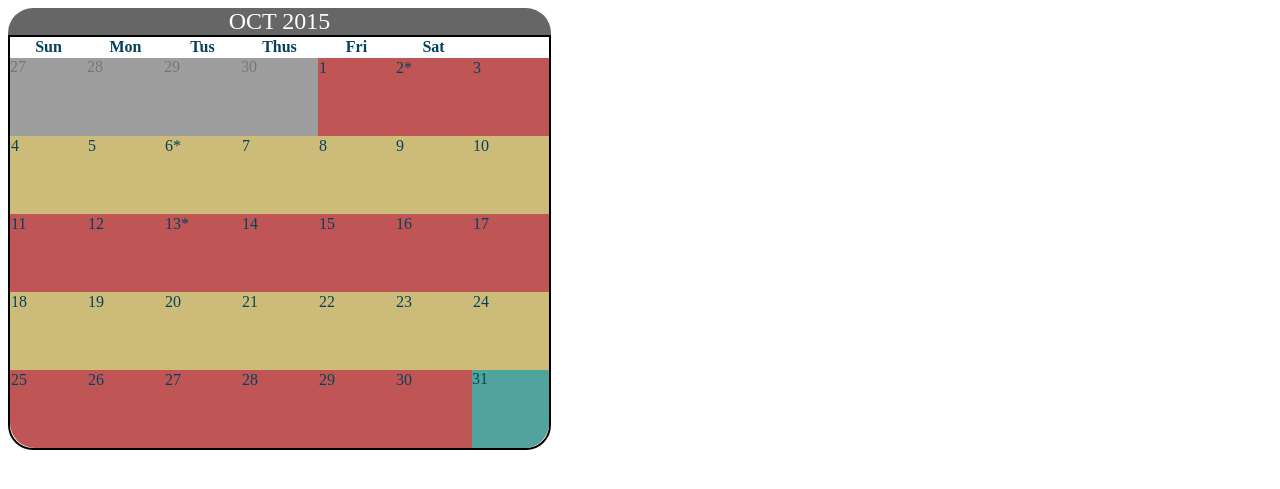
Repository: Tram-anh99/Blockchain_Funix
Page: CSS/lich.html
An editor plug-in stored every save of this project. The page is shown before and after a run of saves, followed by the edit.
The browser window is 1280 px wide. The pictures show the whole page.
Pictures or frames that could not be fetched are drawn as grey boxes.

Above is the page before, as saved 2023-02-28 01:45:57.

After the next 2 saves:
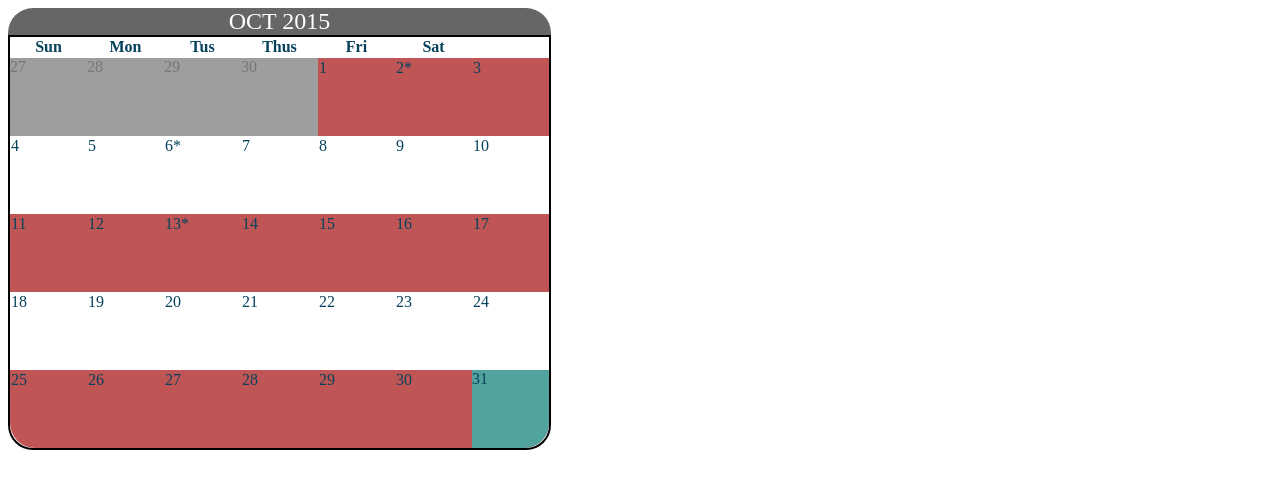
The 2 saves are shown as one change because they came seconds apart.
The last was saved 5 s later.
--- a/CSS/lich.css
+++ b/CSS/lich.css
@@ -9,6 +9,7 @@
 tr:nth-child(odd) {
 	background: #c05555;
 }
+Lẻ
 tr:nth-child(even) {
 	background: #CDBB79;
 }

After the save that followed:
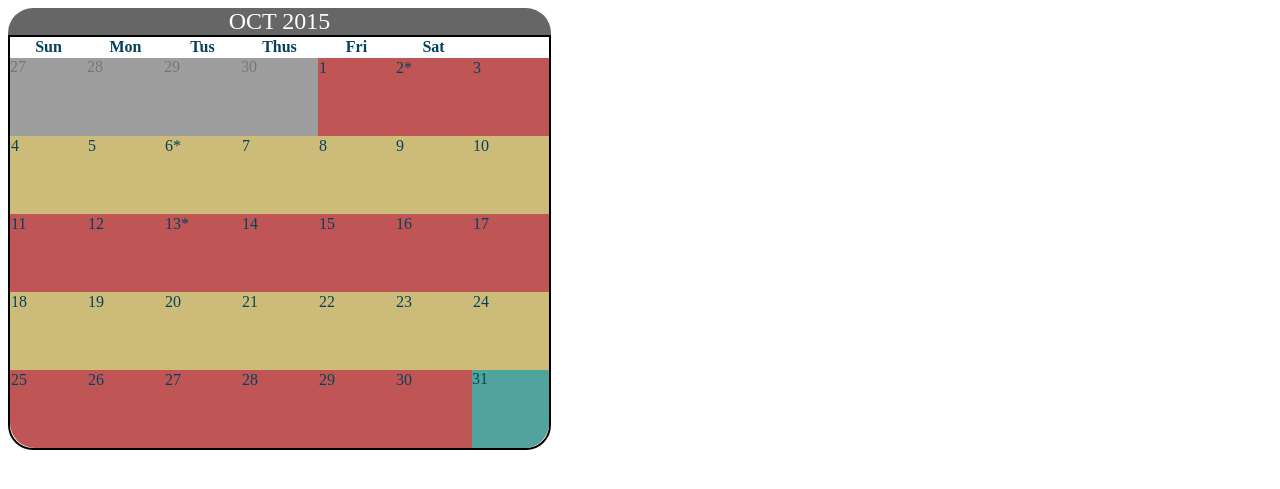
Saved 5 s later.
--- a/CSS/lich.css
+++ b/CSS/lich.css
@@ -9,7 +9,7 @@
 tr:nth-child(odd) {
 	background: #c05555;
 }
-Lẻ
+/* Lẻ */
 tr:nth-child(even) {
 	background: #CDBB79;
 }
